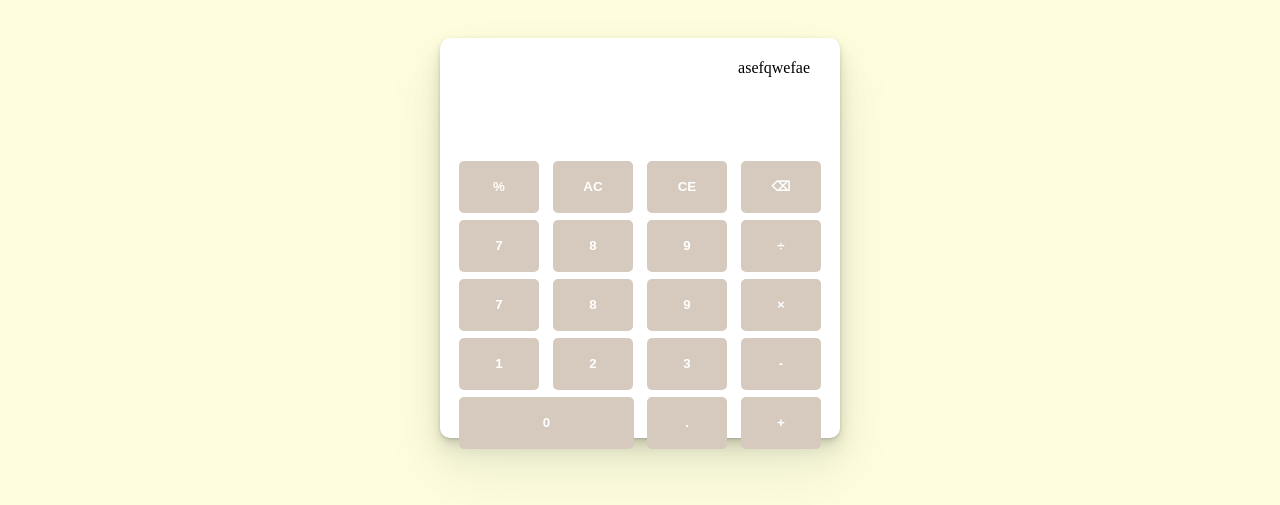
Repository: JeongminHW/Web_study
Page: HTML/myHTML/src/main/webapp/project/calculator.html
An editor plug-in stored every save of this project. The page is shown before and after the next save, followed by the edit.
The browser window is 1280 px wide. The pictures show the whole page.

Above is the page before, as saved 2024-07-12 03:09:04.

### HTML/myHTML/src/main/webapp/project/calculator.html
<!DOCTYPE html>
<html>
<head>
<meta charset="UTF-8">
<title>Insert title here</title>
<link rel="stylesheet" href="style.css">
</head>
<body>
	<div class="container">
		<div class="result">asefqwefae
		</div>
		<div  class="cal">
		<table>
			<tr>
				<td class="arg"><input class="btn" type="button" id="mod" value="%"></td>
				<td class="arg"><input class="btn" type="button" id="ac" value="AC"></td>
				<td class="arg"><input class="btn" type="button" id="ce" value="CE"></td>
				<td class="arg"><input class="btn" type="button" id="back" value="⌫"></td>
			</tr>
			<tr>
				<td class="arg"><input class="btn" type="button" id="seven" value="7"></td>
				<td class="arg"><input class="btn" type="button" id="eight" value="8"></td>
				<td class="arg"><input class="btn" type="button" id="nine" value="9"></td>
				<td class="arg"><input class="btn" type="button" id="div" value="÷"></td>
			</tr>
			<tr>
				<td class="arg"><input class="btn" type="button" id="four" value="7"></td>
				<td class="arg"><input class="btn" type="button" id="five" value="8"></td>
				<td class="arg"><input class="btn" type="button" id="six" value="9"></td>
				<td class="arg"><input class="btn" type="button" id="multiply" value="×"></td>
			</tr>
			<tr>
				<td class="arg"><input class="btn" type="button" id="one" value="1"></td>
				<td class="arg"><input class="btn" type="button" id="two" value="2"></td>
				<td class="arg"><input class="btn" type="button" id="three" value="3"></td>
				<td class="arg"><input class="btn" type="button" id="sub" value="-"></td>
			</tr>
			<tr>
				<td class="arg"  colspan="2"><input class="btn" type="button" id="zero" value="0"></td>
				<td class="arg"><input class="btn" type="button" id="decimal_point" value="."></td>
				<td class="arg"><input class="btn" type="button" id="plus" value="+"></td>
			</tr>
		</table>
		</div>
	</div>
	<script type="text/javascript" src="js.js"></script>
</body>
</html>

### HTML/myHTML/src/main/webapp/project/style.css
body {
	background: #FEFEDF;
	display: flex;
	text-align: center;
	justify-content: center;
}

.container {
	width: 400px;
	height: 400px;
	background: white;
	border-radius: 10px;
	line-height: 20px;
	margin-bottom: 30px;
	margin-top: 30px;
	box-sizing: border-box;
	margin-left: 15px;
	margin-right: 15px;
	text-align: center;
	justify-content: center;
	box-shadow: 0 1px 2px rgba(0, 0, 0, 0.07), 0 2px 4px rgba(0, 0, 0, 0.07),
		0 4px 8px rgba(0, 0, 0, 0.07), 0 8px 16px rgba(0, 0, 0, 0.07), 0 16px
		32px rgba(0, 0, 0, 0.07), 0 32px 64px rgba(0, 0, 0, 0.07);
}

.result {
	width: 350px;
	height: 80px;
	text-align: right;
	padding:20px;
}

.cal{
	width:400px;
	display:flex;
	text-align: center;
	justify-content: center;
}

.btn {
	display: block;
	position: relative;
	float: left;
	width: 80px;
	/* margin: 10px 20px 10px 0; */
	font-weight: 600;
	text-align: center;
	line-height: 50px;
	color: #FFF;
	background: #D5CABD; border-radius : 5px;
	border: none;
	transition: all 0.2s;
	border-radius: 5px;
	margin: 0px 5px 3px 5px;
}

#zero {
	width: 95%;
}

.btn:hover {
	box-shadow: -7px -7px 20px 0px #fff9, -4px -4px 5px 0px #fff9, 7px 7px
		20px 0px #0002, 4px 4px 5px 0px #0001;
}

Loaded but not shown: HTML/myHTML/src/main/webapp/project/js.js (common file)

After the next save:
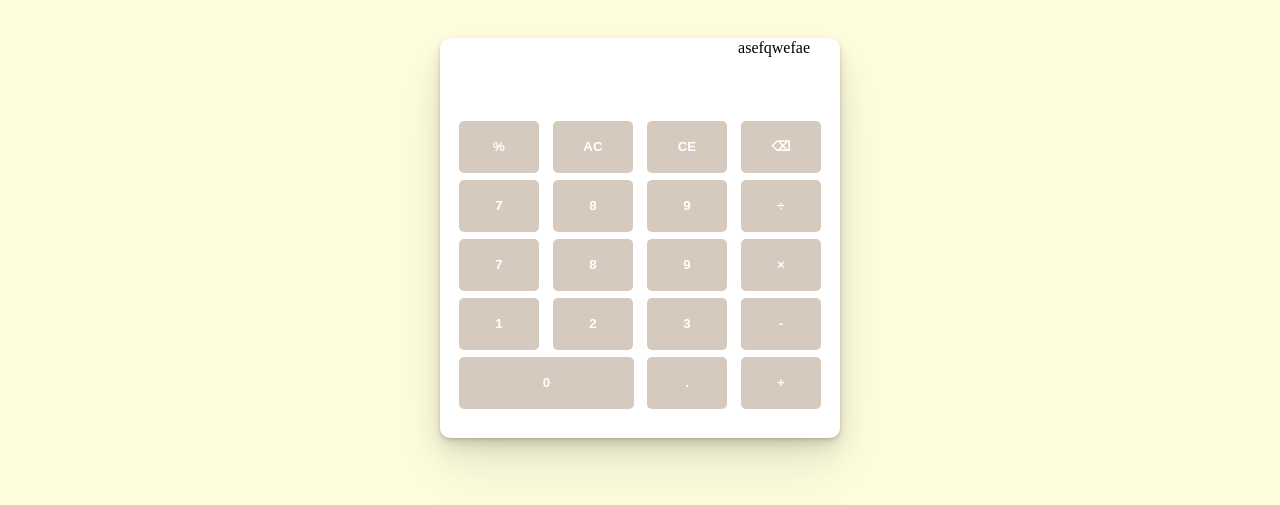
Saved 13 s later.
--- a/HTML/myHTML/src/main/webapp/project/style.css
+++ b/HTML/myHTML/src/main/webapp/project/style.css
@@ -27,7 +27,7 @@ body {
 	width: 350px;
 	height: 80px;
 	text-align: right;
-	padding:20px;
+	padding:0px 20px 0px 20px;
 }
 
 .cal{
